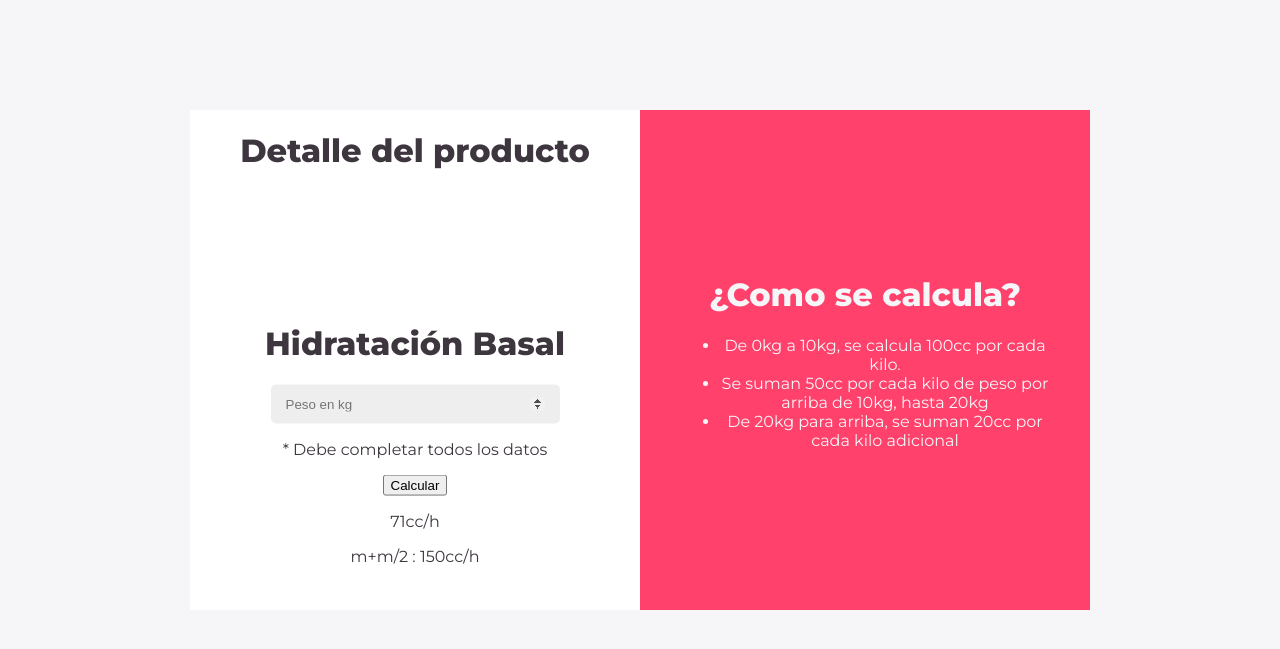
Repository: Fredy452/calculadora_basal
Page: index.html
An editor plug-in stored every save of this project. The page is shown before and after the next save, followed by the edit.
The browser window is 1280 px wide. The pictures show the whole page.
The pointer rests on the first visible `input`.

Above is the page before, as saved 2023-04-21 07:53:34.

### index.html
<!DOCTYPE html>
<html lang="en">
<head>
    <meta charset="UTF-8">
    <meta http-equiv="X-UA-Compatible" content="IE=edge">
    <meta name="viewport" content="width=device-width, initial-scale=1.0">
    <title>Calculadora de hidratación</title>
    <link rel="stylesheet" href="style.css">
</head>
<body>
    <div id="contenedor">
        <div id="calculadora">
            <h1>Detalle del producto</h1>
            <div class="contenido">
                <h1>Hidratación Basal</h1>
                <input type="number" name="peso" id="peso" placeholder="Peso en kg">
                <p>* Debe completar todos los datos</p>
                <button>Calcular</button>
                <p>71cc/h</p>
                <p>m+m/2 : 150cc/h</p>
            </div>
        </div>
        <div id="detalle">
            <div class="contenido">
                <h1>¿Como se calcula?</h1>
                <ul>
                    <li>De 0kg a 10kg, se calcula 100cc por cada kilo.</li>
                    <li>Se suman 50cc por cada kilo de peso por arriba de 10kg, hasta 20kg</li>
                    <li>De 20kg para arriba, se suman 20cc por cada kilo adicional</li>
                </ul>
            </div>
        </div>
    </div>
</body>
</html>

### style.css
@import url('https://fonts.googleapis.com/css?family=Montserrat:400,800');

body{
    font-family: 'Montserrat', sans-serif;
    background: #f6f5f7;
    color: #3E363F;
}
#contenedor{
    width: 900px;
    height: 500px;
    position: absolute;
    text-align: center;
    inset: 0;
    margin: auto;
}
#calculadora{
    background: white;
    width: 50%;
    height: 100%;
    float: left;
}
#detalle{
    background: #FF416C;
    width: 50%;
    height: 100%;
    float: left;
    color: #f6f5f7;
}
.contenido{
    /* Centrando el contenido de los divs */
    position: relative;
    top: 50%;
    transform: translateY(-50%);
    overflow: hidden;
    padding: 40px;
}
input{
    width: 70%;
    padding: 12px 15px;
    border: none;
    background-color: #eee;
    outline: none;
    border-radius: 5px;
}

After the next save:
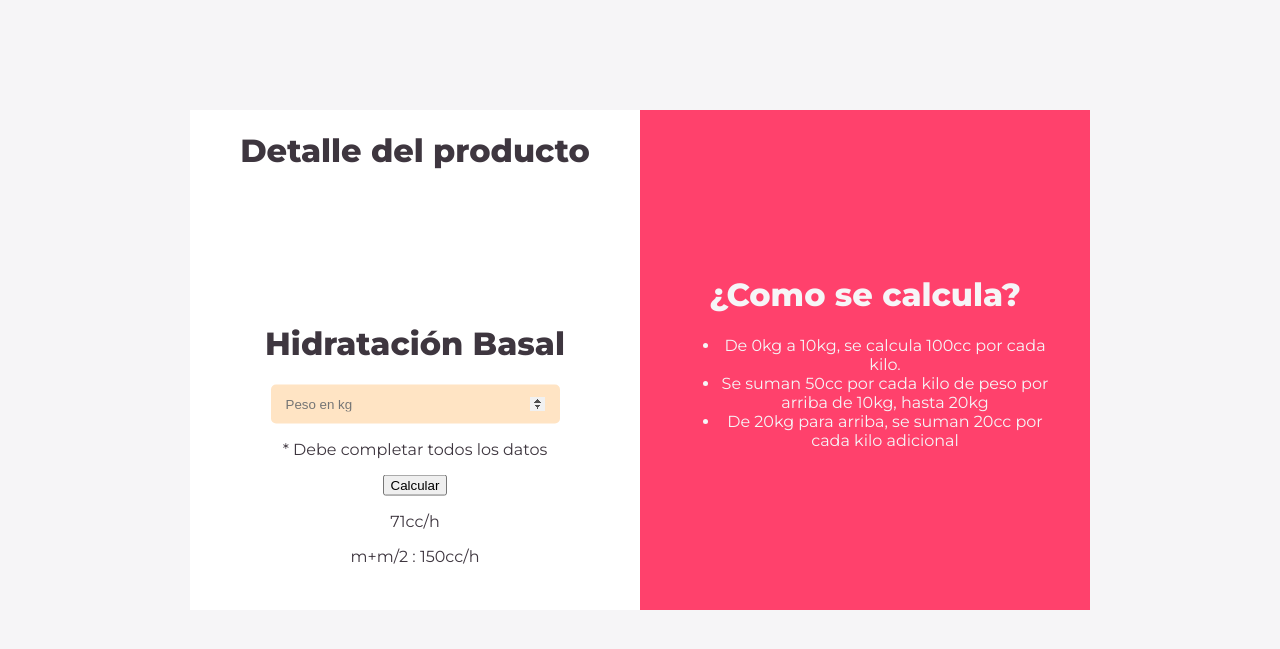
Saved 83 s later.
--- a/style.css
+++ b/style.css
@@ -42,3 +42,6 @@ input{
     outline: none;
     border-radius: 5px;
 }
+input:hover{
+    background-color:bisque;
+}
